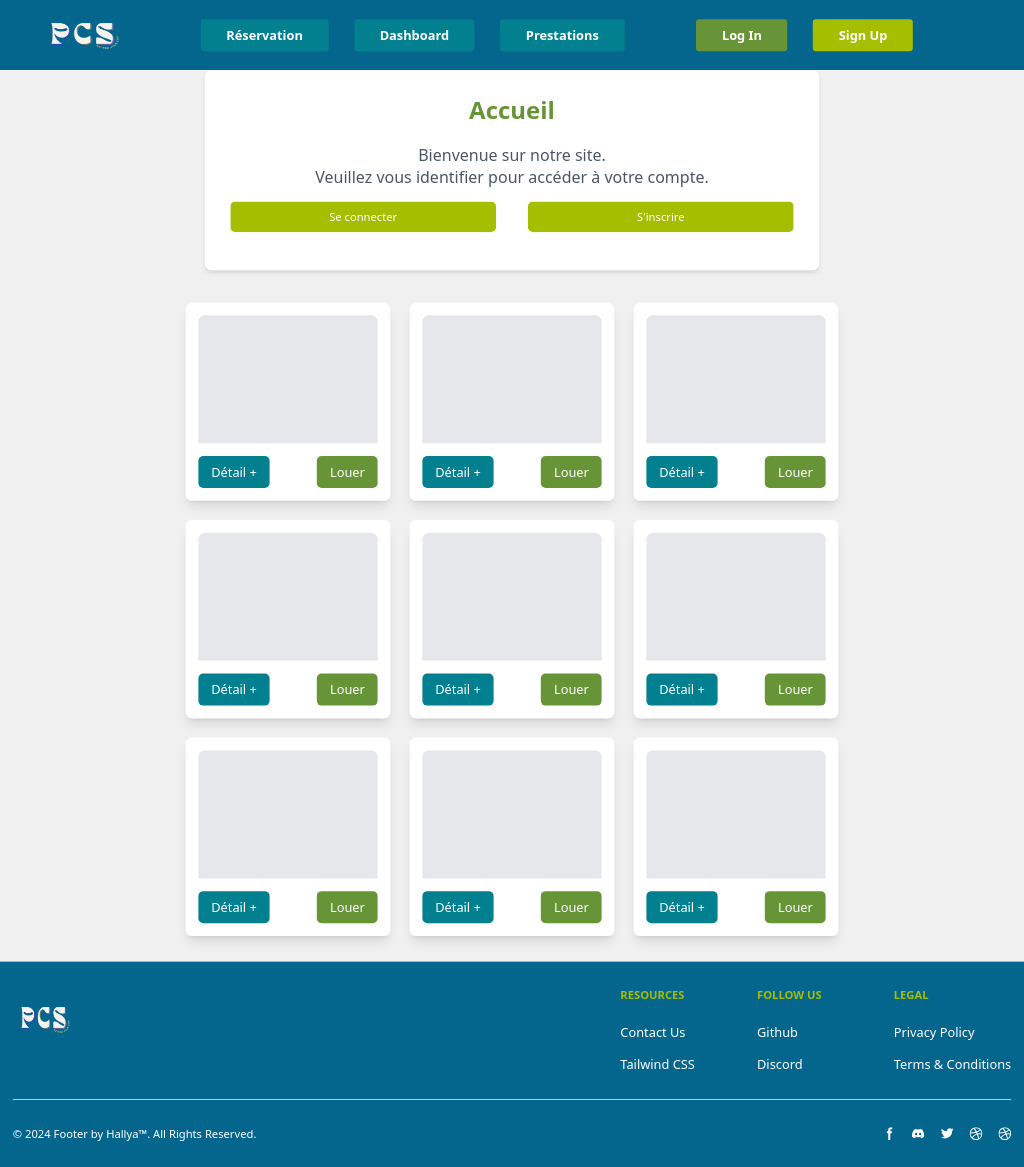
Repository: HATTOUNGBRE/ProjetAnnuel2
Page: / (app in FRONT/)
The author's editor kept a copy of each file at every save. The page is drawn from the files as they stood at one save, then again after the next save.
The browser window is 1280 px wide. The pictures show the whole page, at 80% of full size.
The project was rebuilt for these pictures with package versions that can differ from the ones it lists, and the page was loaded fresh each time. Also part of the build but not shown: FRONT/vite.config.js, FRONT/src/components/Contact.jsx, FRONT/src/components/CatUser.jsx, FRONT/src/components/Login.jsx, FRONT/src/components/Account.jsx, FRONT/src/components/Inscription.jsx, FRONT/src/components/dashboard/VoyageurDashboard.jsx, FRONT/src/components/proprio/EditProduct.jsx and 11 more.

Above is the page before, as saved 2024-06-21 15:15:41.

### FRONT/src/main.jsx
import React from 'react'
import ReactDOM from 'react-dom/client'
import App from './App.jsx'
import './App.css'
import { AuthProvider } from './components/AuthContext';
import {
  BrowserRouter,
  Route,
  Link
} from "react-router-dom";

ReactDOM.createRoot(document.getElementById('root')).render(
  <React.StrictMode>
    <AuthProvider>
    <App />
    </AuthProvider>
  </React.StrictMode>,
)

### FRONT/src/App.css
@tailwind base;
@tailwind components;
@tailwind utilities;

html, body {
  height: 100%;
  margin: 0;
  padding: 0;
}


.logo {
  height: 5em;
  width: 7em;
  /* will-change: filter; */
  transition: filter 300ms;
}
.logo:hover {
}
.logo.react:hover {
  filter: drop-shadow(0 0 2em #61dafbaa);
}

@keyframes logo-spin {
  from {
    transform: rotate(0deg);
  }
  to {
    transform: rotate(360deg);
  }
}


.card {
  padding: 2em;
}

.read-the-docs {
  color: #888;
}

html, body, #root {
  height: 100%;
}

### FRONT/src/components/AuthContext.jsx
import React, { createContext, useState, useEffect } from 'react';
import Cookies from 'js-cookie';

const AuthContext = createContext();

export const AuthProvider = ({ children }) => {
  const [isLoggedIn, setIsLoggedIn] = useState(false);
  const [userRole, setUserRole] = useState('');
  const [userId, setUserId] = useState(null);
  const [userName, setUserName] = useState('');
  const [user, setUser] = useState(null);
  const [userSurname, setUserSurname] = useState('');
  const [category, setCategoryUserId] = useState(null);

  useEffect(() => {
    const token = Cookies.get('authToken');
    const storedUserRole = Cookies.get('role');
    const storedUserId = Cookies.get('userId');
    const storedUserName = Cookies.get('userName');
    const storedUserSurname = Cookies.get('userSurname');
    const storedCategoryUserId = Cookies.get('category');

    if (token && storedUserId) {
      setIsLoggedIn(true);
      setUserRole(storedUserRole || '');
      setUserId(storedUserId || null);
      setUserName(storedUserName || '');
      setUserSurname(storedUserSurname || '');
      setCategoryUserId(storedCategoryUserId || null);
    }
  }, []);

  const fetchUserDetails = async (userId) => {
    try {
      const response = await fetch(`http://localhost:8000/api/user/${userId}`);
      const data = await response.json();

      if (response.ok) {
        setIsLoggedIn(true);
        setUserId(data.id);
        setUserName(data.name);
        setUserSurname(data.surname);
        setCategoryUserId(data.category_user);
        setUserRole(Cookies.get('role')); // Ensure the role is set from the cookie
      } else {
        setIsLoggedIn(false);
        setUserId(null);
        setUserName('');
        setUserSurname('');
        setCategoryUserId(null);
        setUserRole('');
      }
    } catch (error) {
      console.error('Error fetching user details:', error);
    }
  };

  const login = (token, role, userId, userName, userSurname, category) => {
    Cookies.set('authToken', token, { expires: 1 });
    Cookies.set('role', role, { expires: 1 });
    Cookies.set('userId', userId, { expires: 1 });
    Cookies.set('userName', userName, { expires: 1 });
    Cookies.set('userSurname', userSurname, { expires: 1 });
    Cookies.set('category', category, { expires: 1 });

    setIsLoggedIn(true);
    setUserRole(role);
    setUserId(userId);
    setUserName(userName);
    setUserSurname(userSurname);
    setCategoryUserId(category);
  };

  const logout = () => {
    Cookies.remove('authToken');
    Cookies.remove('role');
    Cookies.remove('userId');
    Cookies.remove('userName');
    Cookies.remove('userSurname');
    Cookies.remove('category');

    setIsLoggedIn(false);
    setUserRole('');
    setUserId(null);
    setUserName('');
    setUserSurname('');
    setCategoryUserId(null);
  };

  return (
    <AuthContext.Provider value={{ isLoggedIn, userRole, userId, userName, userSurname, category, login, logout }}>
      {children}
    </AuthContext.Provider>
  );
};

export default AuthContext;

### FRONT/src/components/Header.jsx
import { useState, useEffect } from 'react';
import Nav from './Nav';
import { Link } from "react-router-dom";

function Header(props) {
  const { isLoggedIn, userRole } = props;

  return (
    <div>
      <header className="bg-pcs-200 sticky top-0 z-[20]">
        <nav className="bg-pcs-200 border-gray-200 dark:bg-gray-900 w-full">
          <div className="w-full flex flex-wrap items-center justify-around p-1">
            <Link to="/" className="flex items-center space-x-3 rtl:space-x-reverse">
              <img src="/public/images/fullDay.png" className="h-8 logo" alt="PCSLogo" />
            </Link>
            <Nav isLoggedIn={isLoggedIn} userRole={userRole} />
            <button
              data-collapse-toggle="navbar-default"
              type="button"
              className="inline-flex items-center p-2 w-10 h-10 justify-center text-sm text-gray-500 rounded-lg md:hidden focus:outline-none focus:ring-2 focus:ring-gray-200 dark:text-gray-400 dark:focus:ring-gray-600"
              aria-controls="navbar-default"
              aria-expanded="false"
            >
              <span className="sr-only">Open main menu</span>
              <svg
                className="w-5 h-5"
                aria-hidden="true"
                xmlns="http://www.w3.org/2000/svg"
                fill="none"
                viewBox="0 0 17 14"
              >
                <path
                  stroke="currentColor"
                  strokeLinecap="round"
                  strokeLinejoin="round"
                  strokeWidth="2"
                  d="M1 1h15M1 7h15M1 13h15"
                />
              </svg>
            </button>
            <div className="hidden w-full md:block md:w-auto" id="navbar-default"></div>
          </div>
        </nav>
      </header>
    </div>
  );
}

export default Header;

### FRONT/src/components/Main.jsx
import React, { useContext, useEffect } from 'react';
import AuthContext from './AuthContext';
import { Link } from 'react-router-dom';

function Main() {
  const { isLoggedIn, userRole } = useContext(AuthContext);

  console.log('isLoggedIn page MAIN:', isLoggedIn);

  return (
    <div className="min-h-screen bg-pcs-100 flex flex-col items-center justify-center ">
      <div className="max-w-3xl w-full p-8 bg-white shadow-md rounded-lg text-center">
        <h1 className="text-3xl font-semibold text-pcs-400 mb-6">Accueil</h1>
        {isLoggedIn ? (
          <p className="text-xl text-pcs-300">
            Vous êtes connecté.e en tant que <span className="font-bold">{userRole}</span>
          </p>
        ) : (
          <div>
            <p className="text-xl text-gray-600">Bienvenue sur notre site.</p>
            <p className="text-xl text-gray-600">Veuillez vous identifier pour accéder à votre compte.</p>
            <div className='flex justify-center mt-4 space-x-10'>
              <button className='w-full px-4 mb-4 py-2 text-sm font-medium text-white bg-pcs-300 border border-transparent rounded-md shadow-sm hover:bg-pcs-400'>
                <Link to="/components/catUser">Se connecter</Link>
              </button>
              <button className='w-full px-4 mb-4 py-2 text-sm font-medium text-white bg-pcs-300 border border-transparent rounded-md shadow-sm hover:bg-pcs-400'>
                <Link to="/components/inscription">S'inscrire</Link>
              </button>
            </div>
          </div>
        )}
      </div>

      {/* Adding three rows of presentation rectangles with buttons below */}
      <div className="mt-10 grid grid-rows-3 gap-6 mb-8">
        {[1, 2, 3].map(row => (
          <div key={row} className="flex justify-center space-x-6">
            {[1, 2, 3].map(item => (
              <div key={item} className="bg-white shadow-lg rounded-lg p-4 w-64">
                <div className="h-40 bg-gray-200 rounded-t-lg"></div>
                <div className="mt-4 flex justify-between items-center">
                  <button className="bg-pcs-250 hover:bg-pcs-200 text-white py-2 px-4 rounded-md">Détail +</button>
                  <button className="bg-pcs-400 text-white py-2 px-4 rounded-md">Louer</button>
                </div>
              </div>
            ))}
          </div>
        ))}
      </div>
    </div>
  );
}

export default Main;

### FRONT/src/components/Nav.jsx
import { Link } from "react-router-dom";

function Nav(props) {
    const { isLoggedIn, userRole } = props;

    console.log('isLoggedIn page NAV:', isLoggedIn);
    return (
        <>
            <div className='flex space-x-8'>
                <Link to={`/${userRole}/Reservation`}>
                    <button className="bg-pcs-250 hover:bg-pcs-300 text-white font-bold py-2 px-8 rounded">
                        Réservation
                    </button>
                </Link>

                <Link to={`/components/dashboard/${userRole}`}>
                    <button className="bg-pcs-250 hover:bg-pcs-300 text-white font-bold py-2 px-8 rounded">
                        Dashboard
                    </button>
                </Link>

                <Link to={`/${userRole}/Prestation`}>
                    <button className="bg-pcs-250 hover:bg-pcs-300 text-white font-bold py-2 px-8 rounded">
                        Prestations
                    </button>
                </Link>
            </div>
            {isLoggedIn ? (
                <div className='flex space-x-8'>
                    <Link to='/account'>
                        <button className="bg-pcs-400 hover:bg-pcs-700 text-white font-bold py-2 px-8 rounded">
                            Account
                        </button>
                    </Link>
                    <Link to='/logout'>
                        <button className="bg-pcs-300 hover:bg-pcs-600 text-white font-bold py-2 px-8 rounded">
                            Log out
                        </button>
                    </Link>

                </div>
            ) : (
                <div className='flex space-x-8'>
                    <Link to='/components/catuser'>
                        <button className="bg-pcs-400 hover:bg-pcs-700 text-white font-bold py-2 px-8 rounded">
                            Log In
                        </button>
                    </Link>

                    <Link to='/components/Inscription'>
                        <button className="bg-pcs-300 hover:bg-pcs-600 text-white font-bold py-2 px-8 rounded">
                            Sign Up
                        </button>
                    </Link>
                </div>
            )}
        </>
    );
};

export default Nav;

### FRONT/src/components/Footer.jsx
import React from 'react';
import { Link } from 'react-router-dom';

function Footer() {
  return (
    <footer className="bg-pcs-200 dark:bg-gray-900 mt-auto">
      <div className="mx-auto w-full max-w-screen-xl p-4 py-6 lg:py-8">
        <div className="md:flex md:justify-between">
          <div className="mb-6 md:mb-0">
            <a href="/" className="flex items-center">
              <img src="/public/images/fullDay.png" className="w-20" alt="FlowBite Logo" />
            </a>
          </div>
          <div className="grid grid-cols-2 gap-8 sm:gap-6 sm:grid-cols-3">
            <div>
              <h2 className="mb-6 text-sm font-semibold text-pcs-300 uppercase dark:text-white">Resources</h2>
              <ul className="text-white dark:text-gray-400 font-medium">
                <li className="mb-4">
                  <Link to="/contact" className="hover:underline">Contact Us</Link>
                </li>
                <li>
                  <a href="https://tailwindcss.com/" className="hover:underline">Tailwind CSS</a>
                </li>
              </ul>
            </div>
            <div>
              <h2 className="mb-6 text-sm font-semibold text-pcs-300 uppercase dark:text-white">Follow us</h2>
              <ul className="text-white dark:text-gray-400 font-medium">
                <li className="mb-4">
                  <a href="https://github.com/themesberg/flowbite" className="hover:underline">Github</a>
                </li>
                <li>
                  <a href="https://discord.gg/4eeurUVvTy" className="hover:underline">Discord</a>
                </li>
              </ul>
            </div>
            <div>
              <h2 className="mb-6 text-sm font-semibold text-pcs-300 uppercase dark:text-white">Legal</h2>
              <ul className="text-white dark:text-gray-400 font-medium">
                <li className="mb-4">
                  <a href="#" className="hover:underline">Privacy Policy</a>
                </li>
                <li>
                  <a href="#" className="hover:underline">Terms &amp; Conditions</a>
                </li>
              </ul>
            </div>
          </div>
        </div>
        <hr className="my-6 border-gray-200 sm:mx-auto dark:border-gray-700 lg:my-8" />
        <div className="sm:flex sm:items-center sm:justify-between">
          <span className="text-sm text-white sm:text-center dark:text-gray-400">© 2024 <a href="/" className="hover:underline">Footer by Hallya™</a>. All Rights Reserved.</span>
          <div className="flex mt-4 sm:justify-center sm:mt-0">
            <a href="#" className="text-white hover:text-gray-900 dark:hover:text-white">
              <svg className="w-4 h-4" aria-hidden="true" xmlns="http://www.w3.org/2000/svg" fill="currentColor" viewBox="0 0 8 19">
                <path fillRule="evenodd" d="M6.135 3H8V0H6.135a4.147 4.147 0 0 0-4.142 4.142V6H0v3h2v9.938h3V9h2.021l.592-3H5V3.591A.6.6 0 0 1 5.592 3h.543Z" clipRule="evenodd"/>
              </svg>
              <span className="sr-only">Facebook page</span>
            </a>
            <a href="#" className="text-white hover:text-gray-900 dark:hover:text-white ms-5">
              <svg className="w-4 h-4" aria-hidden="true" xmlns="http://www.w3.org/2000/svg" fill="currentColor" viewBox="0 0 21 16">
                <path d="M16.942 1.556a16.3 16.3 0 0 0-4.126-1.3 12.04 12.04 0 0 0-.529 1.1 15.175 15.175 0 0 0-4.573 0 11.585 11.585 0 0 0-.535-1.1 16.274 16.274 0 0 0-4.129 1.3A17.392 17.392 0 0 0 .182 13.218a15.785 15.785 0 0 0 4.963 2.521c.41-.564.773-1.16 1.084-1.785a10.63 10.63 0 0 1-1.706-.83c.143-.106.283-.217.418-.33a11.664 11.664 0 0 0 10.118 0c.137.113.277.224.418.33-.544.328-1.116.606-1.71.832a12.52 12.52 0 0 0 1.084 1.785 16.46 16.46 0 0 0 5.064-2.595 17.286 17.286 0 0 0-2.973-11.59ZM6.678 10.813a1.941 1.941 0 0 1-1.8-2.045 1.93 1.93 0 0 1 1.8-2.047 1.919 1.919 0 0 1 1.8 2.047 1.93 1.93 0 0 1-1.8 2.045Zm6.644 0a1.94 1.94 0 0 1-1.8-2.045 1.93 1.93 0 0 1 1.8-2.047 1.918 1.918 0 0 1 1.8 2.047 1.93 1.93 0 0 1-1.8 2.045Z"/>
              </svg>
              <span className="sr-only">Discord community</span>
            </a>
            <a href="#" className="text-white hover:text-gray-900 dark:hover:text-white ms-5">
              <svg className="w-4 h-4" aria-hidden="true" xmlns="http://www.w3.org/2000/svg" fill="currentColor" viewBox="0 0 20 17">
                <path d="M20 1.892a8.178 8.178 0 0 1-2.355.635 4.074 4.074 0 0 0 1.8-2.235 8.344 8.344 0 0 1-2.605.98A4.13 4.13 0 0 0 13.85 0a4.068 4.068 0 0 0-4.1 4.038 4 4 0 0 0 .105.919A11.705 11.705 0 0 1 1.4.734a4.006 4.006 0 0 0 1.268 5.392 4.165 4.165 0 0 1-1.859-.5v.05A4.057 4.057 0 0 0 4.1 9.635a4.19 4.19 0 0 1-1.856.07 4.108 4.108 0 0 0 3.831 2.807A8.36 8.36 0 0 1 0 14.184 11.732 11.732 0 0 0 6.291 16 11.502 11.502 0 0 0 17.964 4.5c0-.177 0-.35-.012-.523A8.143 8.143 0 0 0 20 1.892Z" clipRule="evenodd"/>
              </svg>
              <span className="sr-only">Twitter page</span>
            </a>
            <a href="#" className="text-white hover:text-gray-900 dark:hover:text-white ms-5">
              <svg className="w-4 h-4" aria-hidden="true" xmlns="http://www.w3.org/2000/svg" fill="currentColor" viewBox="0 0 20 20">
                <path fillRule="evenodd" d="M10 0a10 10 0 1 0 10 10A10.009 10.009 0 0 0 10 0Zm6.613 4.614a8.523 8.523 0 0 1 1.93 5.32 20.094 20.094 0 0 0-5.949-.274c-.059-.149-.122-.292-.184-.441a23.879 23.879 0 0 0-.566-1.239 11.41 11.41 0 0 0 4.769-3.366ZM8 1.707a8.821 8.821 0 0 1 2-.238 8.5 8.5 0 0 1 5.664 2.152 9.608 9.608 0 0 1-4.476 3.087A45.758 45.758 0 0 0 8 1.707ZM1.642 8.262a8.57 8.57 0 0 1 4.73-5.981A53.998 53.998 0 0 1 9.54 7.222a32.078 32.078 0 0 1-7.9 1.04h.002Zm2.01 7.46a8.51 8.51 0 0 1-2.2-5.707v-.262a31.64 31.64 0 0 0 8.777-1.219c.243.477.477.964.692 1.449-.114.032-.227.067-.336.1a13.569 13.569 0 0 0-6.942 5.636l.009.003ZM10 18.556a8.508 8.508 0 0 1-5.243-1.8 11.717 11.717 0 0 1 6.7-5.332.509.509 0 0 1 .055-.02 35.65 35.65 0 0 1 1.819 6.476 8.476 8.476 0 0 1-3.331.676Zm4.772-1.462A37.232 37.232 0 0 0 13.113 11a12.513 12.513 0 0 1 5.321.364 8.56 8.56 0 0 1-3.66 5.73h-.002Z" clipRule="evenodd"/>
              </svg>
              <span className="sr-only">GitHub account</span>
            </a>
            <a href="#" className="text-white hover:text-gray-900 dark:hover:text-white ms-5">
              <svg className="w-4 h-4" aria-hidden="true" xmlns="http://www.w3.org/2000/svg" fill="currentColor" viewBox="0 0 20 20">
                <path fillRule="evenodd" d="M10 0a10 10 0 1 0 10 10A10.009 10.009 0 0 0 10 0Zm6.613 4.614a8.523 8.523 0 0 1 1.93 5.32 20.094 20.094 0 0 0-5.949-.274c-.059-.149-.122-.292-.184-.441a23.879 23.879 0 0 0-.566-1.239 11.41 11.41 0 0 0 4.769-3.366ZM8 1.707a8.821 8.821 0 0 1 2-.238 8.5 8.5 0 0 1 5.664 2.152 9.608 9.608 0 0 1-4.476 3.087A45.758 45.758 0 0 0 8 1.707ZM1.642 8.262a8.57 8.57 0 0 1 4.73-5.981A53.998 53.998 0 0 1 9.54 7.222a32.078 32.078 0 0 1-7.9 1.04h.002Zm2.01 7.46a8.51 8.51 0 0 1-2.2-5.707v-.262a31.64 31.64 0 0 0 8.777-1.219c.243.477.477.964.692 1.449-.114.032-.227.067-.336.1a13.569 13.569 0 0 0-6.942 5.636l.009.003ZM10 18.556a8.508 8.508 0 0 1-5.243-1.8 11.717 11.717 0 0 1 6.7-5.332.509.509 0 0 1 .055-.02 35.65 35.65 0 0 1 1.819 6.476 8.476 8.476 0 0 1-3.331.676Zm4.772-1.462A37.232 37.232 0 0 0 13.113 11a12.513 12.513 0 0 1 5.321.364 8.56 8.56 0 0 1-3.66 5.73h-.002Z" clipRule="evenodd"/>
              </svg>
              <span className="sr-only">Dribbble account</span>
            </a>
          </div>
        </div>
      </div>
    </footer>
  );
}

export default Footer;

### FRONT/src/components/LogOut.jsx
import React, { useContext, useEffect } from 'react';
import { useNavigate } from 'react-router-dom';
import AuthContext from './AuthContext';

const LogOut = () => {
  const { logout } = useContext(AuthContext);
  const navigate = useNavigate();

  useEffect(() => {
    logout();
    navigate('/');
  }, [logout, navigate]);

  return null;
};

export default LogOut;

Loaded but not shown: FRONT/index.html (common file); FRONT/tailwind.config.js (26 lines, source omitted); FRONT/src/App.jsx (94 lines, source omitted)

After the next save:
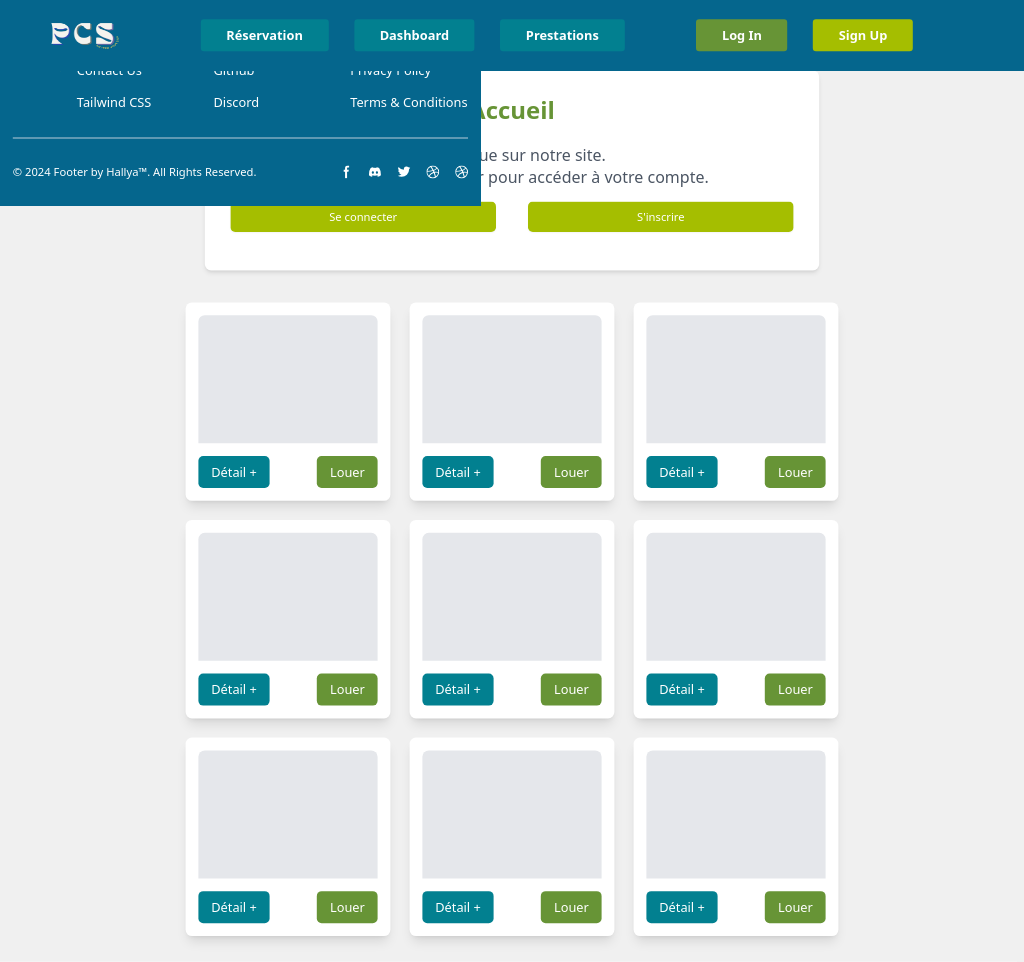
Saved 2 min 25 s later.
--- a/FRONT/src/components/Footer.jsx
+++ b/FRONT/src/components/Footer.jsx
@@ -3,7 +3,7 @@
 
 function Footer() {
   return (
-    <footer className="bg-pcs-200 dark:bg-gray-900 mt-auto">
+    <footer className="bg-pcs-200 dark:bg-gray-900 mt-auto bottom-O fixed">
       <div className="mx-auto w-full max-w-screen-xl p-4 py-6 lg:py-8">
         <div className="md:flex md:justify-between">
           <div className="mb-6 md:mb-0">

After the 2 saves that followed:
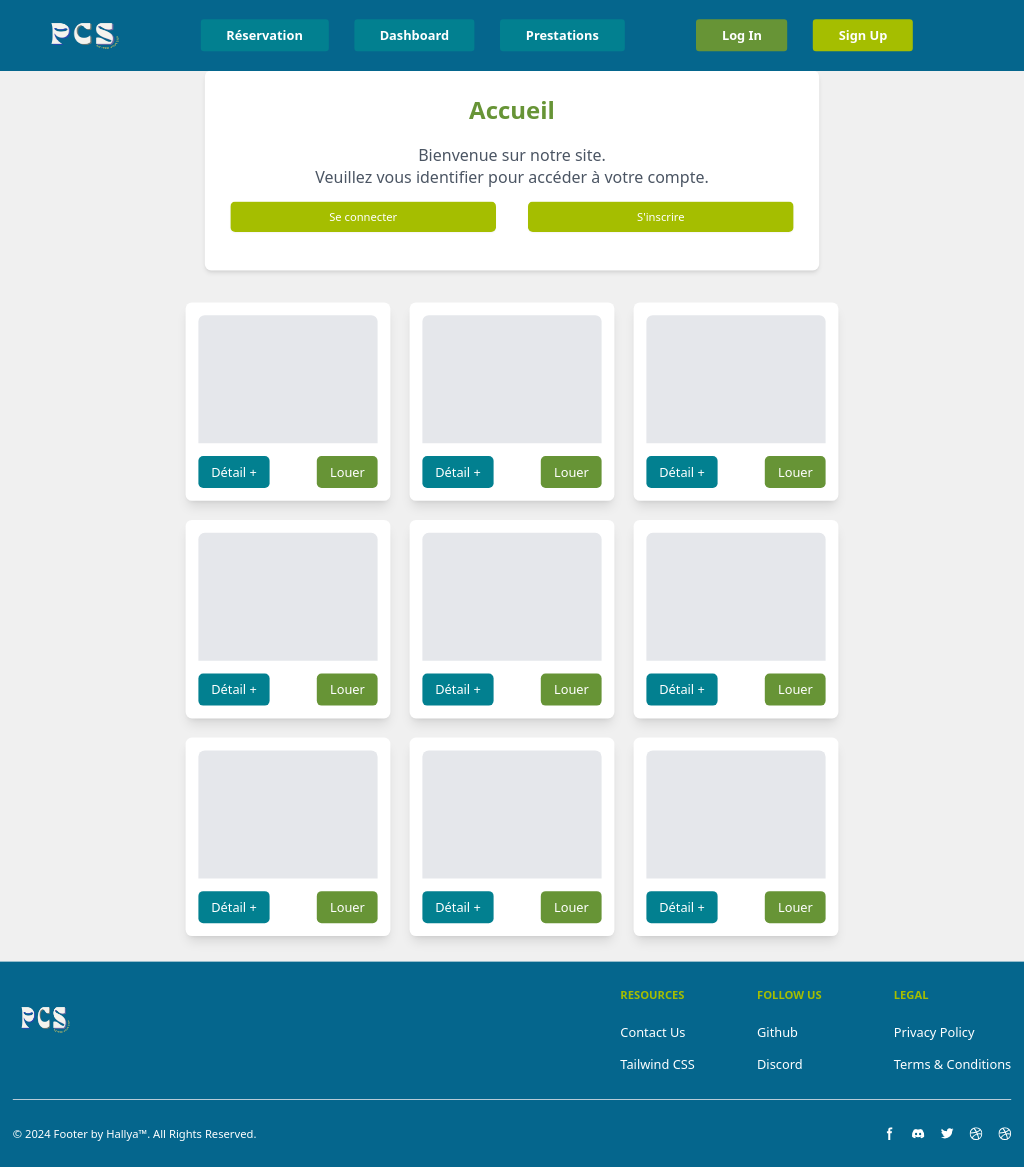
The 2 saves are shown as one change because 1 left the picture as it was.
The last was saved 19 s later.
--- a/FRONT/src/components/Footer.jsx
+++ b/FRONT/src/components/Footer.jsx
@@ -3,7 +3,7 @@
 
 function Footer() {
   return (
-    <footer className="bg-pcs-200 dark:bg-gray-900 mt-auto bottom-O fixed">
+    <footer className="bg-pcs-200 dark:bg-gray-900 mt-auto top-O relative">
       <div className="mx-auto w-full max-w-screen-xl p-4 py-6 lg:py-8">
         <div className="md:flex md:justify-between">
           <div className="mb-6 md:mb-0">
